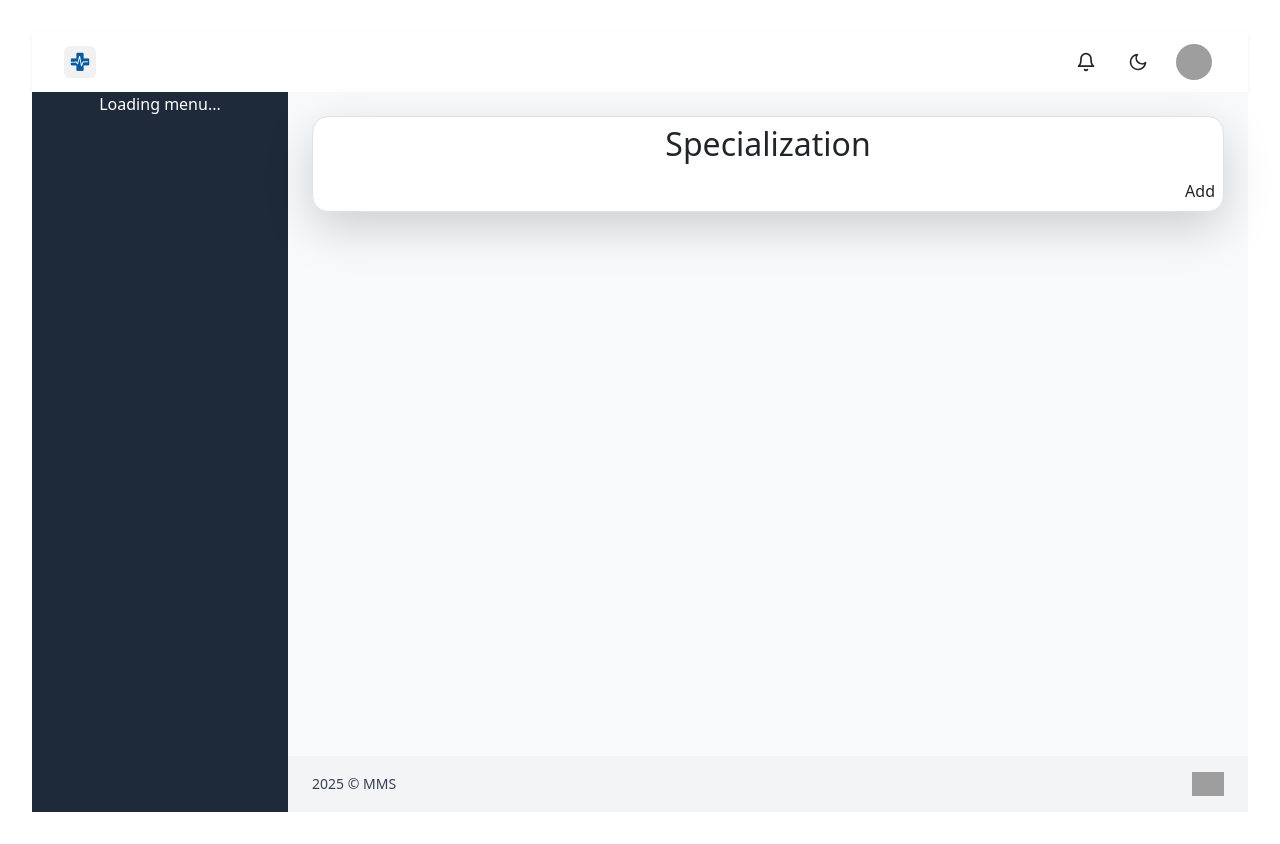
Repository: Giri1103r/Medical_Management_System
Page: /specialization (app in my-app/)
These files come from the project's save history. The page is drawn as it stood at one moment and after the next save; the edit follows.
The browser window is 1280 px wide. The pictures show the whole page.
Pictures or frames that could not be fetched are drawn as grey boxes. The page's requests for data from a server got no answer. The project was rebuilt for these pictures with package versions that can differ from the ones it lists, and the page was loaded fresh each time. No one was signed in, and anything a server would have sent is missing. Also part of the build but not shown: my-app/vite.config.js, my-app/src/Register.jsx, my-app/src/Home.jsx, my-app/src/Login.jsx, my-app/src/layouts/Partial/side_bar.jsx, my-app/src/Dashboard.jsx, my-app/src/api.jsx, my-app/src/Profile.jsx and 2 more.

Above is the page before, as saved 2025-09-19 09:46:03.

### my-app/index.html
<!doctype html>
<html lang="en">
  <head>
    <meta charset="UTF-8" />
    <link rel="icon" type="image/svg+xml" href="" />
    <meta name="viewport" content="width=device-width, initial-scale=1.0" />
  <title>%VITE_APP_NAME%</title>
  </head>
  <body>
    <div id="root"></div>
    <script type="module" src="/src/main.jsx"></script>
  </body>
</html>

### my-app/src/App.jsx
import { BrowserRouter as Router, Routes, Route, NavLink } from "react-router-dom";
import './App.css';
import Register from "./Register";
import Home from "./Home";
import Login from "./Login";
import Dashboard from "./Dashboard";
import Profile from "./Profile";
import { UserProvider } from "./context/UserContext";
import { MasterdataProvider } from "./context/MasterdataContext";
import Leftmenuadd from "./admin/leftmenu/Leftmenuadd";
import SpecializationAdd from "./admin/specialization/SpecializationAdd";
import SpecializationList from "./admin/specialization/SpecializationList";





function App() {
  return (
    <UserProvider>
      <MasterdataProvider>

          <Router>

            <div className="">
              <Routes>

                <Route path="/register" element={<Register />} />
                <Route path="/" element={<Login />} />
                <Route path="/dashboard" element={<Dashboard />} />
                <Route path="/profile" element={<Profile />}></Route>
                <Route path="/leftmenu" element={<Leftmenuadd />}></Route>
                <Route path="/specialization/add" element={<SpecializationAdd/>} />
                <Route path="/specialization" element={<SpecializationList/>} />
              </Routes>
            </div>
          </Router>

      </MasterdataProvider>
    </UserProvider>

  );
}

export default App;

### my-app/src/context/UserContext.jsx
import React, { createContext, useState, useEffect } from "react";
import { jwtDecode } from "jwt-decode";// fixed import for Vite

export const UserContext = createContext();

export const UserProvider = ({ children }) => {
  const [user, setUser] = useState(null);

  useEffect(() => {
    const token = localStorage.getItem("token");
    if (token) {
      try {
        const decoded = JSON.parse(atob(token.split('.')[1]));
        const userId = decoded.id;

        fetch(`/users/${userId}`, {
          headers: { Authorization: `Bearer ${token}` },
        })
          .then(res => res.json())
          .then(data => setUser(data))
          .catch(err => {
            console.error("Failed to fetch user details", err);
            setUser(null);
          });

      } catch (error) {
        console.error("Invalid token", error);
        setUser(null);
      }
    }
  }, []);


  return (
    <UserContext.Provider value={{ user, setUser }}>
      {children}
    </UserContext.Provider>
  );
};

### my-app/src/context/MasterdataContext.jsx
// src/context/MasterdataContext.jsx
import React, { createContext, useState } from "react";
import axios from "axios";

// Only declare once
export const MasterdataContext = createContext();

export const MasterdataProvider = ({ children }) => {
  const [data, setData] = useState({});
  const [loading, setLoading] = useState({});

  const fetchData = async (key, url) => {
    setLoading(prev => ({ ...prev, [key]: true }));
    try {
      const res = await axios.get(url);
      setData(prev => ({ ...prev, [key]: res.data }));
    } catch (err) {
      console.error(`Error fetching ${key}:`, err);
      setData(prev => ({ ...prev, [key]: [] }));
    } finally {
      setLoading(prev => ({ ...prev, [key]: false }));
    }
  };

  return (
    <MasterdataContext.Provider value={{ data, loading, fetchData }}>
      {children}
    </MasterdataContext.Provider>
  );
};

### my-app/src/admin/specialization/SpecializationList.jsx
import React from 'react'
import AdminLayout from '../../layouts/adminLayout';

const SpecializationList = () => {

  return (
    <AdminLayout>
      <div className=" rounded-2xl overflow-hidden shadow-lg bg-white border">

        <div className="p-2">
          <h2 className="text-sm font-bold text-gray-800">Specialization</h2>
          <button className='float-end py-2 rounded'>Add</button>
        </div>
      </div>

    </AdminLayout>
  )
}

export default SpecializationList

### my-app/src/layouts/adminLayout.jsx
import React from "react";
import Header from "./Partial/header";
import Footer from "./Partial/footer";
import LeftMenu from "./Partial/left_menu";

const AdminLayout = ({ title, children }) => {
  return (
    <div id="wrapper" className="flex flex-col min-h-screen w-full">

      <Header title={title} />


      <div className="flex flex-grow w-full">

        <aside className="w-64 bg-gray-800 text-white min-h-screen">
          <LeftMenu />
        </aside>


        <main className="flex-grow flex flex-col bg-gray-50">
          <div className="flex-grow p-4">{children}</div>

          {/* Footer at the bottom */}
          <Footer />
        </main>
      </div>
    </div>
  );
};

export default AdminLayout;

### my-app/src/layouts/Partial/header.jsx
// Header.jsx
import React, { useContext, useEffect, useState } from "react";
import { Bell, Menu, LogOut, User,Sun,Moon } from "react-feather";
import { UserContext } from "../../context/UserContext";
import { useNavigate } from "react-router-dom";

const Header = ({ notifications, user, onLogout, title }) => {
  const [unreadCount, setUnreadCount] = useState(null);
  const [darkmode , setDarkmode] = useState(localStorage.getItem("theme")==="dark");

  useEffect(() =>{
    if(darkmode){
      document.documentElement.classList.add("dark");
      localStorage.setItem("theme","dark");
    }else {
      document.documentElement.classList.remove("dark");
      localStorage.setItem("theme", "light");
    }
  },[darkmode]);
  const navigate = useNavigate();
  const { setUser } = useContext(UserContext);

  const markAllRead = () => {
    setUnreadCount(0);
  };

  const OnLogout = () => {
    localStorage.removeItem("token");
    if (setUser) setUser(null);
    navigate("/");
  };

  return (
    <header className="flex items-center justify-between px-4 py-2 shadow-sm bg-white">
      {/* Left: Logo and Title */}
      <div className="flex items-center">
        {/* Mobile menu button */}
        <button className="lg:hidden p-2 mr-2 border rounded bg-gray-100">
          <Menu size={20} />
        </button>

        {/* Logo */}
        <a href="/dashboard" className="flex items-center">
          <img src="/images/logo.png" alt="logo" className="mx-2 h-8 w-8 rounded" />
        </a>

        {/* Page title */}
        <h5 className="ml-3 text-lg font-medium">{title}</h5>
      </div>

      {/* Right: Notifications & Profile */}
      <div className="flex items-center space-x-4">
        {/* Notification */}
        <div className="relative">
          <button
            className="relative p-2 rounded hover:bg-gray-100"
            onClick={markAllRead}
          >
            <Bell size={20} />
            {unreadCount > 0 && (
              <span className="absolute top-0 right-0 inline-flex items-center justify-center px-1.5 py-0.5 text-xs font-bold leading-none text-white bg-red-600 rounded-full transform translate-x-1/2 -translate-y-1/2">
                {unreadCount}
              </span>
            )}
          </button>
          {/* Dropdown menu */}
          <div className="absolute right-0 mt-2 w-72 bg-white border rounded shadow-lg z-50 hidden group-hover:block">
            <div className="px-4 py-2 flex justify-between items-center border-b">
              <span className="font-semibold">Notifications</span>
              {unreadCount > 0 && (
                <span
                  className="text-blue-500 text-sm cursor-pointer"
                  onClick={markAllRead}
                >
                  Mark all read
                </span>
              )}
            </div>
            {/* Optional notifications list */}
            <div className="max-h-60 overflow-y-auto"></div>
            <div className="text-center border-t py-2">
              <a
                href="/notifications"
                className="text-blue-500 text-sm hover:underline"
              >
                View all
              </a>
            </div>
          </div>
        </div>

        {/* For Theme dark and light */}

        <div className="relative">
         <button className="  p-2 rounded hover:bg-gray-100 dark:hover:bg-gray-800" onClick={() => setDarkmode(!darkmode)}
         >
          {darkmode? <Sun size={20} /> : <Moon size={20} />}
         </button>

        </div>

        {/* Profile */}
        <div className="relative group">
          <button className="flex items-center p-1 rounded hover:bg-gray-100">
            <img
              src={user?.avatar || "/logo192.png"}
              alt="avatar"
              className="h-9 w-9 rounded-full mr-2"
            />
          </button>

          {/* Dropdown menu */}
          <div className="absolute right-0 mt-2 w-48 bg-white border rounded shadow-lg z-50 hidden group-hover:block">
            <div className="px-4 py-2 border-b">{user?.name}</div>
            <a
              href="/profile"
              className="flex items-center px-4 py-2 text-gray-700 hover:bg-gray-100"
            >
              <User size={16} className="mr-2" /> My Account
            </a>
            <div className="border-t"></div>
            <button
              onClick={onLogout || OnLogout}
              className="flex items-center w-full px-4 py-2 text-gray-700 hover:bg-gray-100"
            >
              <LogOut size={16} className="mr-2" /> Logout
            </button>
          </div>
        </div>
      </div>
    </header>
  );
};

export default Header;

### my-app/src/layouts/Partial/footer.jsx
import React from "react";

const Footer = () => {
  return (
    <footer className="bg-gray-100 py-3 mt-auto">
      <div className="container mx-auto px-4">
        <div className="flex flex-col md:flex-row justify-between items-center">
          {/* Left Side */}
          <div className="text-gray-700 text-sm">
            {new Date().getFullYear()} &copy; {import.meta.env.VITE_APP_NAME}
          </div>


          <div className="hidden sm:flex items-center space-x-2 text-sm text-gray-600">

            <img
              src="/assets/images/neoehs.svg"
              className="h-6" // 25px approx
              alt=""
            />
          </div>
        </div>
      </div>
    </footer>

  );
};

export default Footer;

### my-app/src/layouts/Partial/left_menu.jsx
import React, { useEffect, useState } from 'react'
import  SidebarMenu from "./side_bar";

const left_menu = () => {
    const [menuData, setMenuData] = useState([]);

    useEffect(() => {
        fetch("http://localhost:5000/api/leftmenus/getmenus")
            .then(response => response.json())
            .then(data => setMenuData(data))
            .catch(error => console.error('Error fetching menu data:', error));
    }, []);

    return (
        <div>
            {menuData.length > 0 ? (
                <SidebarMenu menuData={menuData} />
            ) : (
                <p>Loading menu...</p>
            )}
        </div>
    )
}

export default left_menu

Loaded but not shown: my-app/src/main.jsx (common file); my-app/src/index.css (common file); my-app/src/App.css (common file)

After the next save:
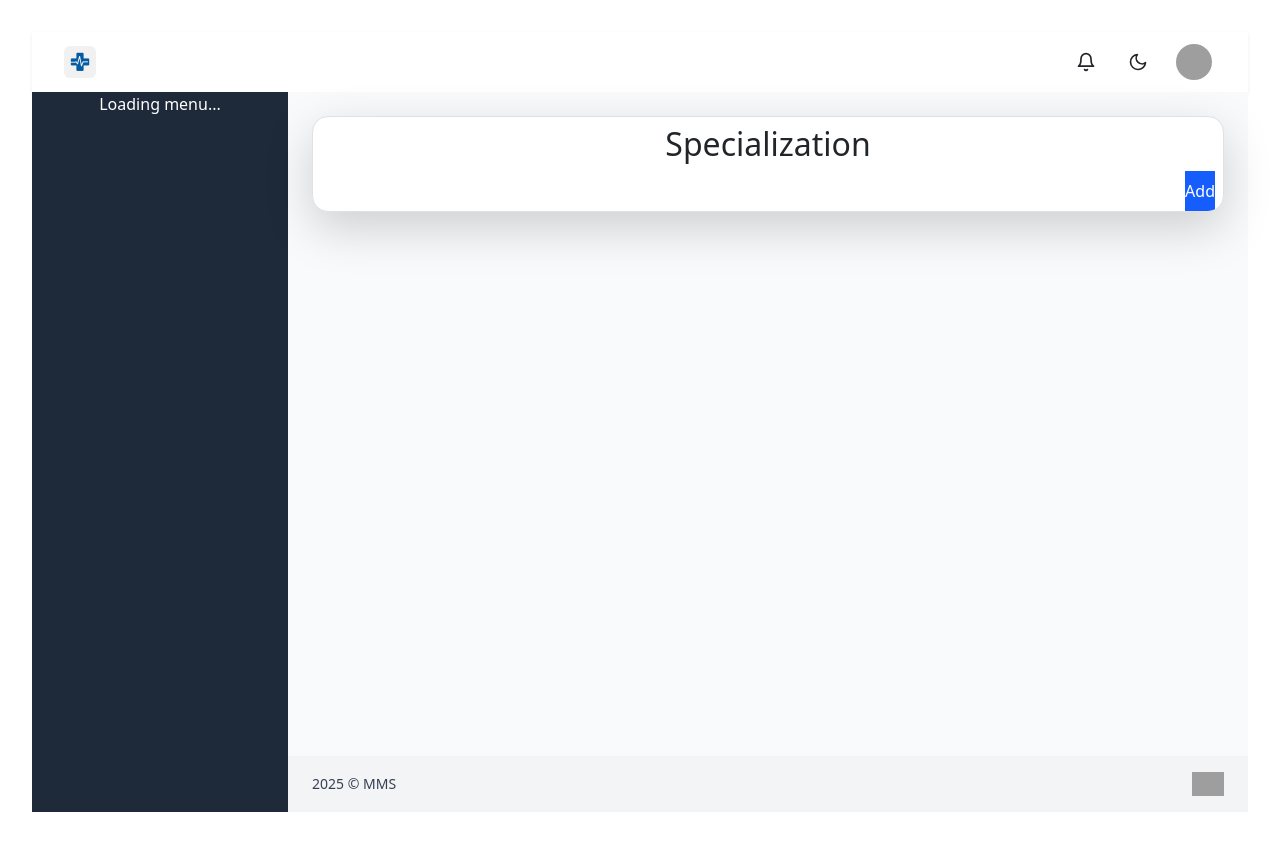
Saved 69 s later.
--- a/my-app/src/admin/specialization/SpecializationList.jsx
+++ b/my-app/src/admin/specialization/SpecializationList.jsx
@@ -9,7 +9,7 @@ const SpecializationList = () => {
 
         <div className="p-2">
           <h2 className="text-sm font-bold text-gray-800">Specialization</h2>
-          <button className='float-end py-2 rounded'>Add</button>
+          <button className='float-end py-2  bg-blue-600 text-white rounded-lg hover:bg-blue-700'>Add</button>
         </div>
       </div>
 
